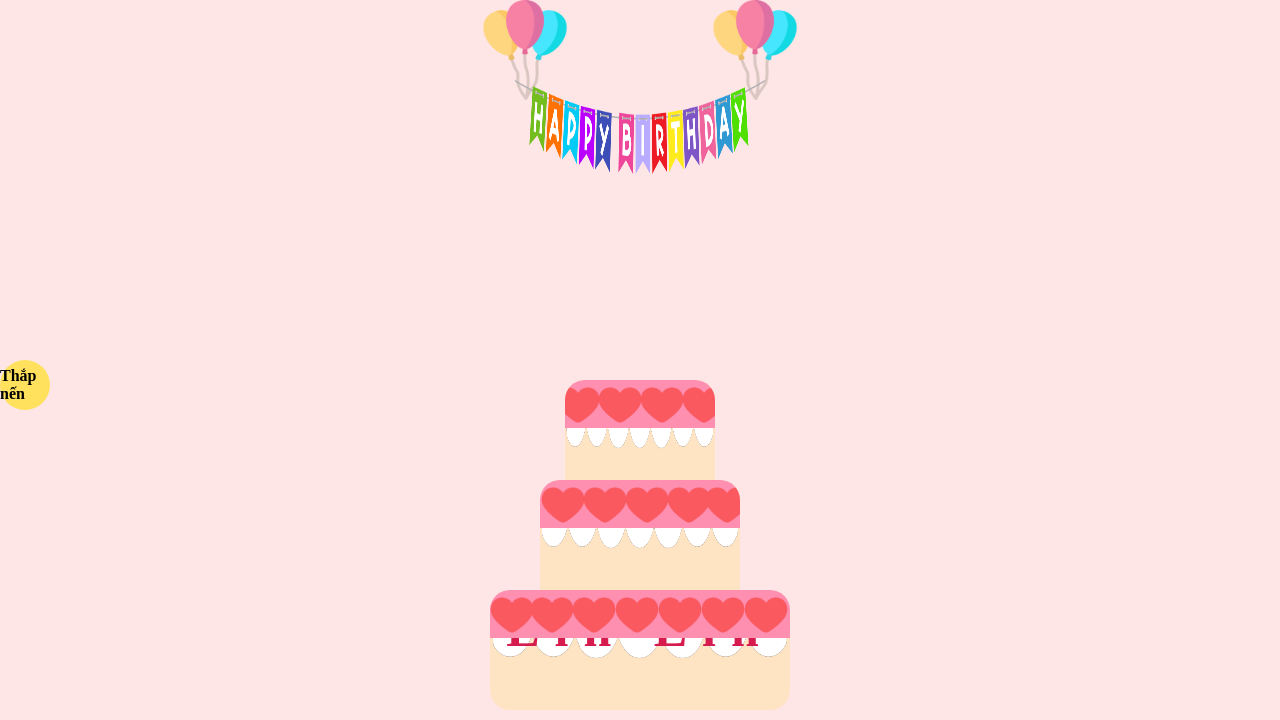
Repository: iphoneboy46/happybirthday
Page: index.html
These files come from the project's save history. The page is drawn as it stood at one moment and after the next save; the edit follows.
The browser window is 1280 px wide. The pictures show the whole page.
Some web fonts or font styles are not loaded; a fallback is used.

Above is the page before, as saved 2022-11-28 21:13:43.

### index.html
<!DOCTYPE html>
<html lang="en">
  <head>
    <meta charset="UTF-8" />
    <meta http-equiv="X-UA-Compatible" content="IE=edge" />
    <meta name="viewport" content="width=device-width, initial-scale=1.0" />
    <title>Happy Birthday</title>
    <link rel="stylesheet" href="style.css" />
  </head>
  <body>
    <div class="container">
      <div class="cake">
        <div class="top--cake">
          <div class="img-wavy">
            <img src="image/img1.png" alt="" />
          </div>

          <div class="img-heart-1--top">
            <img src="image/heart.png" alt="" />
          </div>
          <div class="img-heart-2--top">
            <img src="image/heart.png" alt="" />
          </div>
          <div class="img-heart-3--top">
            <img src="image/heart.png" alt="" />
          </div>
          <div class="img-heart-4--top">
            <img src="image/heart.png" alt="" />
          </div>

          <div class="border-cake"></div>
        </div>
        <div class="center--cake">
          <div class="img-wavy">
            <img src="image/img1.png" alt="" />
          </div>
          <div class="img-heart-1--center">
            <img src="image/heart.png" alt="" />
          </div>
          <div class="img-heart-2--center">
            <img src="image/heart.png" alt="" />
          </div>
          <div class="img-heart-3--center">
            <img src="image/heart.png" alt="" />
          </div>
          <div class="img-heart-4--center">
            <img src="image/heart.png" alt="" />
          </div>
          <div class="img-heart-5--center">
            <img src="image/heart.png" alt="" />
          </div>
          <div class="img-heart-6--center">
            <img src="image/heart.png" alt="" />
          </div>
          <div class="img-heart-7--center">
            <img src="image/heart.png" alt="" />
          </div>

          <div class="border-cake"></div>
        </div>
        <div class="bottom--cake">
          <div class="img-wavy">
            <img src="image/img1.png" alt="" />
          </div>

          <div class="img-heart-1">
            <img src="image/heart.png" alt="" />
          </div>
          <div class="img-heart-2">
            <img src="image/heart.png" alt="" />
          </div>
          <div class="img-heart-3">
            <img src="image/heart.png" alt="" />
          </div>
          <div class="img-heart-4">
            <img src="image/heart.png" alt="" />
          </div>
          <div class="img-heart-5">
            <img src="image/heart.png" alt="" />
          </div>
          <div class="img-heart-6">
            <img src="image/heart.png" alt="" />
          </div>
          <div class="img-heart-7">
            <img src="image/heart.png" alt="" />
          </div>
          <div class="img-heart-8">
            <img src="image/heart.png" alt="" />
          </div>

          <div class="border-cake"></div>
        </div>
        <div class="fire2">
            <img src="music/luanen.gif" alt="">
        </div>
        <div class="fire4">
            <img src="music/luanen.gif" alt="">
        </div>
        <div class="number2">
          <img src="image/number2png.png" alt="" />
        </div>
        <div class="number4">
          <img src="image/number4.png" alt="" />
        </div>
      </div>
      <h1 class="name">Lin Lin</h1>
        <h2 class="day">29-11</h2>
      <audio class="audioHpbd" controls autoplay>
        <source src="music/Happy Birthday -Piano Cover.mp3" type="audio/mpeg" />
      </audio>
      <div class="hpbd">
        <div class="text-hbbd">
          <img src="image/hbbdpng.png" alt="" />
        </div>
        <div class="bongbong1">
          <img src="image/balloon.png" alt="" />
        </div>
        <div class="bongbong2">
          <img src="image/balloon.png" alt="" />
        </div>
      </div>
      <div class="btnThapnen">
        Thắp nến
      </div>
    </div>
  </body>
</html>

### style.css
@import url('https://fonts.googleapis.com/css2?family=Fleur+De+Leah&display=swap');

* {
    padding: 0;
    margin: 0;
    box-sizing: border-box;
    font-family: 'Fleur De Leah', cursive;

}

body {
    overflow: hidden;
}

.container {
    width: 100%;
    background-color: #FFE6E6;
    /* background-color: black; */
    height: 100vh;
    display: flex;
    justify-content: center;
    align-items: flex-end;

}

.cake {
    display: flex;
    flex-direction: column;
    justify-content: center;
    align-items: center;
    animation: cake-scale linear 5s;
}

@keyframes cake-scale {
    0% {
        transform: scale(0)
    }

    100% {
        transform: scale(1)
    }
}

.top--cake {
    position: relative;
    overflow: hidden;
    width: 150px;
    height: 100px;
    background-color: bisque;
    border-top-left-radius: 20px;
    border-top-right-radius: 20px;
}



.center--cake {
    position: relative;
    overflow: hidden;
    width: 200px;
    height: 110px;
    background-color: bisque;
    border-top-left-radius: 20px;
    border-top-right-radius: 20px;
}


.bottom--cake {
    position: relative;
    overflow: hidden;
    width: 300px;
    height: 120px;
    background-color: bisque;
    border-radius: 20px;
    margin-bottom: 10px;
}



.img-wavy {
    width: 100%;
    height: 70px;
}

.img-wavy img {
    width: 100%;
    height: 100%;
}

.img-heart-1 {
    z-index: 3;
    position: absolute;
    top: 0px;
    left: -3px;
    width: 50px;
    height: 50px;
}


.img-heart-1 img {
    width: 100%;
    height: 100%;
}

.img-heart-2 {
    z-index: 3;
    position: absolute;
    top: 0px;
    left: 37px;
    width: 50px;
    height: 50px;
}


.img-heart-2 img {
    width: 100%;
    height: 100%;
}


.img-heart-3 {
    z-index: 3;
    position: absolute;
    top: 0px;
    left: 79px;
    width: 50px;
    height: 50px;
}


.img-heart-3 img {
    width: 100%;
    height: 100%;
}

.img-heart-4 {
    z-index: 3;
    position: absolute;
    top: 0px;
    left: 122px;
    width: 50px;
    height: 50px;
}


.img-heart-4 img {
    width: 100%;
    height: 100%;
}

.img-heart-5 {
    z-index: 3;
    position: absolute;
    top: 0px;
    left: 165px;
    width: 50px;
    height: 50px;
}


.img-heart-5 img {
    width: 100%;
    height: 100%;
}

.img-heart-6 {
    z-index: 3;
    position: absolute;
    top: 0px;
    left: 208px;
    width: 50px;
    height: 50px;
}


.img-heart-6 img {
    width: 100%;
    height: 100%;
}

.img-heart-7 {
    z-index: 3;
    position: absolute;
    top: 0px;
    left: 251px;
    width: 50px;
    height: 50px;
}


.img-heart-7 img {
    width: 100%;
    height: 100%;
}



.border-cake {
    z-index: 2;
    position: absolute;
    top: 0;
    width: 100%;
    height: 48px;
    background-color: #FF8FB1;
}


.img-heart-1--center {
    z-index: 3;
    position: absolute;
    top: 0px;
    left: -2px;
    width: 50px;
    height: 50px;
}


.img-heart-1--center img {
    width: 100%;
    height: 100%;
}

.img-heart-2--center {
    z-index: 3;
    position: absolute;
    top: 0px;
    left: 40px;
    width: 50px;
    height: 50px;
}


.img-heart-2--center img {
    width: 100%;
    height: 100%;
}


.img-heart-3--center {
    z-index: 3;
    position: absolute;
    top: 0px;
    left: 82px;
    width: 50px;
    height: 50px;
}


.img-heart-3--center img {
    width: 100%;
    height: 100%;
}

.img-heart-4--center {
    z-index: 3;
    position: absolute;
    top: 0px;
    left: 124px;
    width: 50px;
    height: 50px;
}


.img-heart-4--center img {
    width: 100%;
    height: 100%;
}

.img-heart-5--center {
    z-index: 3;
    position: absolute;
    top: 0px;
    left: 260px;
    width: 50px;
    height: 50px;
}


.img-heart-5--center img {
    width: 100%;
    height: 100%;
}

.img-heart-6--center {
    z-index: 3;
    position: absolute;
    top: 0px;
    left: 330px;
    width: 50px;
    height: 50px;
}


.img-heart-6--center img {
    width: 100%;
    height: 100%;
}

.img-heart-7--center {
    z-index: 3;
    position: absolute;
    top: 0px;
    left: 162px;
    width: 50px;
    height: 50px;
}


.img-heart-7--center img {
    width: 100%;
    height: 100%;
}



.img-heart-1--top {
    z-index: 3;
    position: absolute;
    top: 0px;
    left: -12px;
    width: 50px;
    height: 50px;
}


.img-heart-1--top img {
    width: 100%;
    height: 100%;
}

.img-heart-2--top {
    z-index: 3;
    position: absolute;
    top: 0px;
    left: 30px;
    width: 50px;
    height: 50px;
}


.img-heart-2--top img {
    width: 100%;
    height: 100%;
}


.img-heart-3--top {
    z-index: 3;
    position: absolute;
    top: 0px;
    left: 72px;
    width: 50px;
    height: 50px;
}


.img-heart-3--top img {
    width: 100%;
    height: 100%;
}

.img-heart-4--top {
    z-index: 3;
    position: absolute;
    top: 0px;
    left: 114px;
    width: 50px;
    height: 50px;
}


.img-heart-4--top img {
    width: 100%;
    height: 100%;
}

.number2 {
    position: absolute;
    width: 60px;
    height: 92px;
    top: 242px;
    left: 130px;
    animation: num linear 10s
}


.number2 img {
    width: 100%;
    height: 100%;
}

.number4 {
    position: absolute;
    width: 100px;
    height: 100px;
    top: 242px;
    left: 180px;
    animation: num linear 10s
}

@keyframes num {
    0% {
        top: -2000px;
        opacity: 0;
    }

    100% {
        top: 242px;
        opacity: 1;
    }
}

.number4 img {
    width: 100%;
    height: 100%;
}


.hpbd {
    top: 0px;
    position: absolute;
    animation: topText linear 5s;
}

@keyframes topText {
    0% {
        top: 1000px;
    }

    100% {
        top: 0px;
    }
}


.text-hbbd {
    transform: translateX(-50%);
    position: absolute;
    top: 80px;
    left: 50%;
    width: 250px;
    height: 100px;
    z-index: 10;

}



.text-hbbd img {
    width: 100%;
    height: 100%;
}

.bongbong1 {
    position: absolute;
    width: 100px;
    height: 100px;
    left: 65px;
    top: 0px;

    animation: dungdua1 linear 5s infinite;
}

@keyframes dungdua1 {
    0% {
        transform: rotate(0deg)
    }


    50% {
        transform: rotate(10deg)
    }

    100% {
        transform: rotate(0deg)
    }
}



.bongbong1 img {
    width: 100%;
    height: 100%;
}


.bongbong2 {
    position: absolute;
    width: 100px;
    height: 100px;
    right: 65px;
    top: 0px;
    animation: dungdua2 linear 5s infinite;
    animation-delay: 15s;
}

@keyframes dungdua2 {
    0% {
        transform: rotate(0deg)
    }


    50% {
        transform: rotate(-10deg)
    }

    100% {
        transform: rotate(0deg)
    }
}

.bongbong2 img {
    width: 100%;
    height: 100%;
}

.audioHpbd {
    display: none;
}

.name {
    text-align: center;
    top: 600px;
    position: absolute;
    font-size: 50px;
    letter-spacing: 15px;
    color: #D61C4E;
    animation: cake-scale linear 5s;

}


.day {
    text-align: center;
    top: 490px;
    position: absolute;
    font-size: 40px;
    letter-spacing: 15px;
    color: #D61C4E;
    animation: cake-scale linear 5s;

}


.fire2 {
    display: none;
    position: absolute;
    top: 205px;
    left: 135px;
    width: 50px;
    height: 50px;
}

.fire2 img {
    width: 100%;
    height: 100%;
}


.fire4 {
    display: none;
    position: absolute;
    top: 205px;
    right: 128px;
    width: 50px;
    height: 50px;
}

.fire4 img {
    width: 100%;
    height: 100%;
}

.btnThapnen {
    display: flex;
    justify-content: center;
    align-items: center;
    flex-direction: column;
    border-radius: 50%;
    width: 50px;
    height: 50px;
    position: absolute;
    font-weight: bolder;
    top: 50%;
    left: 0;
    background-color: #FFE15D;
}

After the next save:
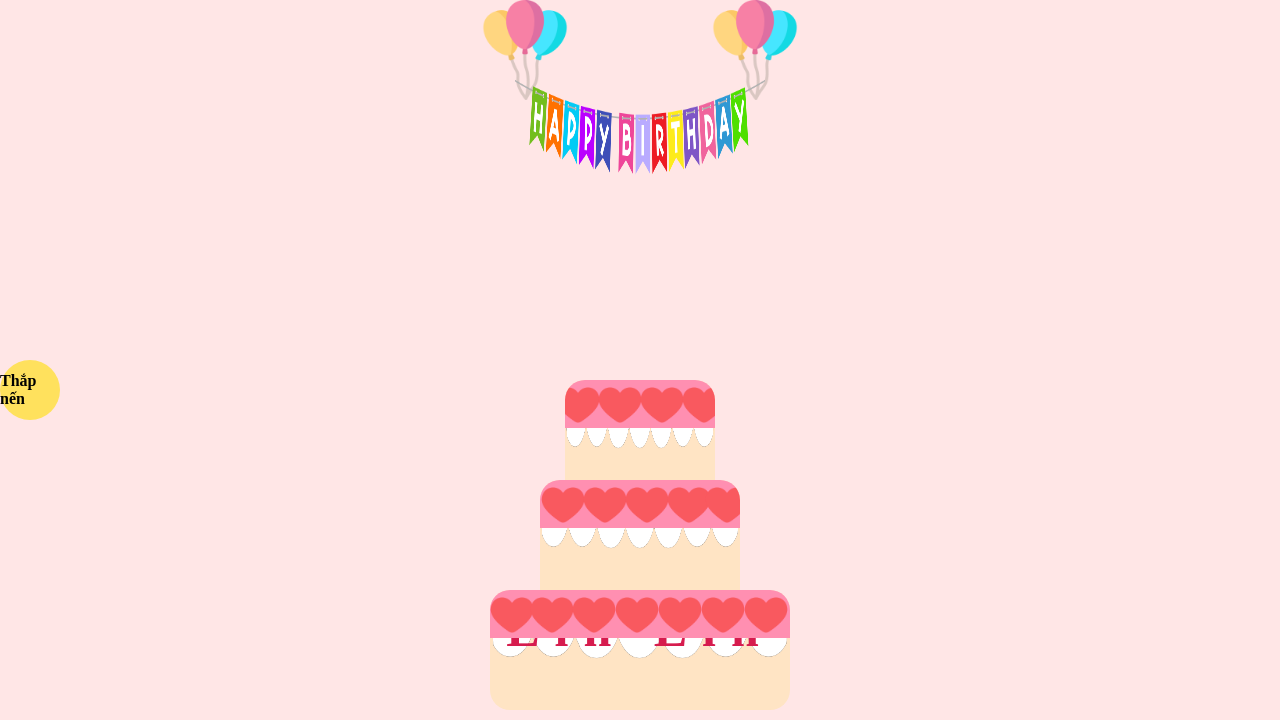
Saved 22 s later.
--- a/style.css
+++ b/style.css
@@ -576,8 +576,8 @@ body {
     align-items: center;
     flex-direction: column;
     border-radius: 50%;
-    width: 50px;
-    height: 50px;
+    width: 60px;
+    height: 60px;
     position: absolute;
     font-weight: bolder;
     top: 50%;
